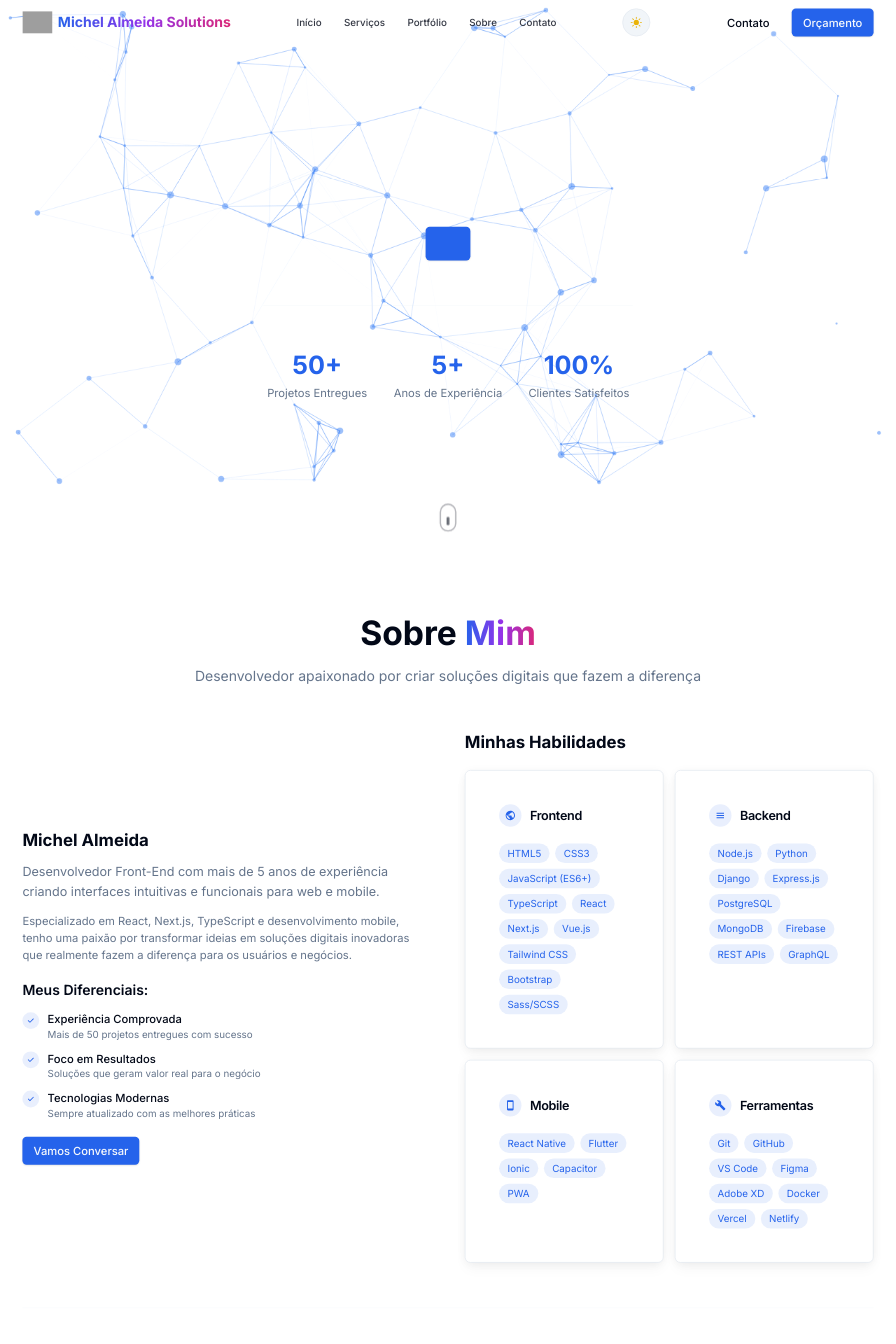
Repository: MichelAlmeida1990/Nexify-Solutions
Page: / (app in OneDrive/Área de Trabalho/Almeida - Solutions/)
The author's editor kept a copy of each file at every save. The page is drawn from the files as they stood at one save, then again after the next save.
The browser window is 1280 px wide. The pictures show the part of the page from y = 0 to 1920 px (the page is 7384 px tall), at 70% of full size.
Pictures or frames that could not be fetched are drawn as grey boxes. The project was rebuilt for these pictures with package versions that can differ from the ones it lists, and the page was loaded fresh each time. The framework's server and built-in components were replaced by stand-ins that run in the browser. Also part of the build but not shown: OneDrive/Área de Trabalho/Almeida - Solutions/next.config.js, OneDrive/Área de Trabalho/Almeida - Solutions/src/components/ui/loading-spinner.tsx.

Above is the page before, as saved 2025-06-30 13:58:47.

After the next save:
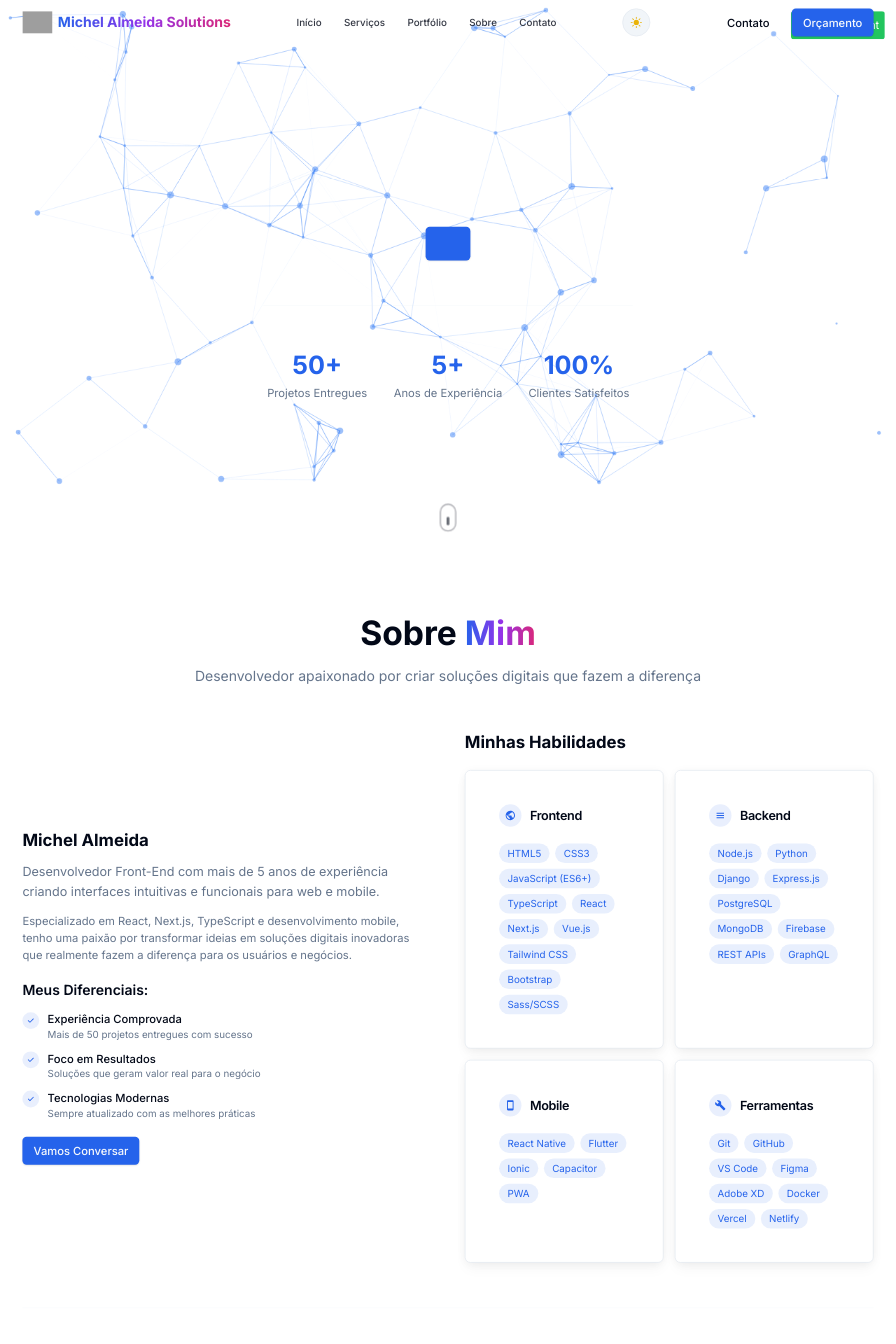
Saved 12 s later.
--- a/OneDrive/Área de Trabalho/Almeida - Solutions/src/app/layout.tsx
+++ b/OneDrive/Área de Trabalho/Almeida - Solutions/src/app/layout.tsx
@@ -4,6 +4,7 @@
 import Header from '@/components/layout/header'
 import Footer from '@/components/layout/footer'
 import { ThemeProviderWrapper } from '@/components/providers/theme-provider'
+import { TestTheme } from '@/components/test-theme'
 
 const inter = Inter({ subsets: ['latin'] })
 
@@ -92,6 +93,7 @@
       </head>
       <body className={`${inter.className} antialiased`}>
         <ThemeProviderWrapper>
+          <TestTheme />
           <Header transparent />
           <main className="pt-16">
             {children}

After the 2 saves that followed:
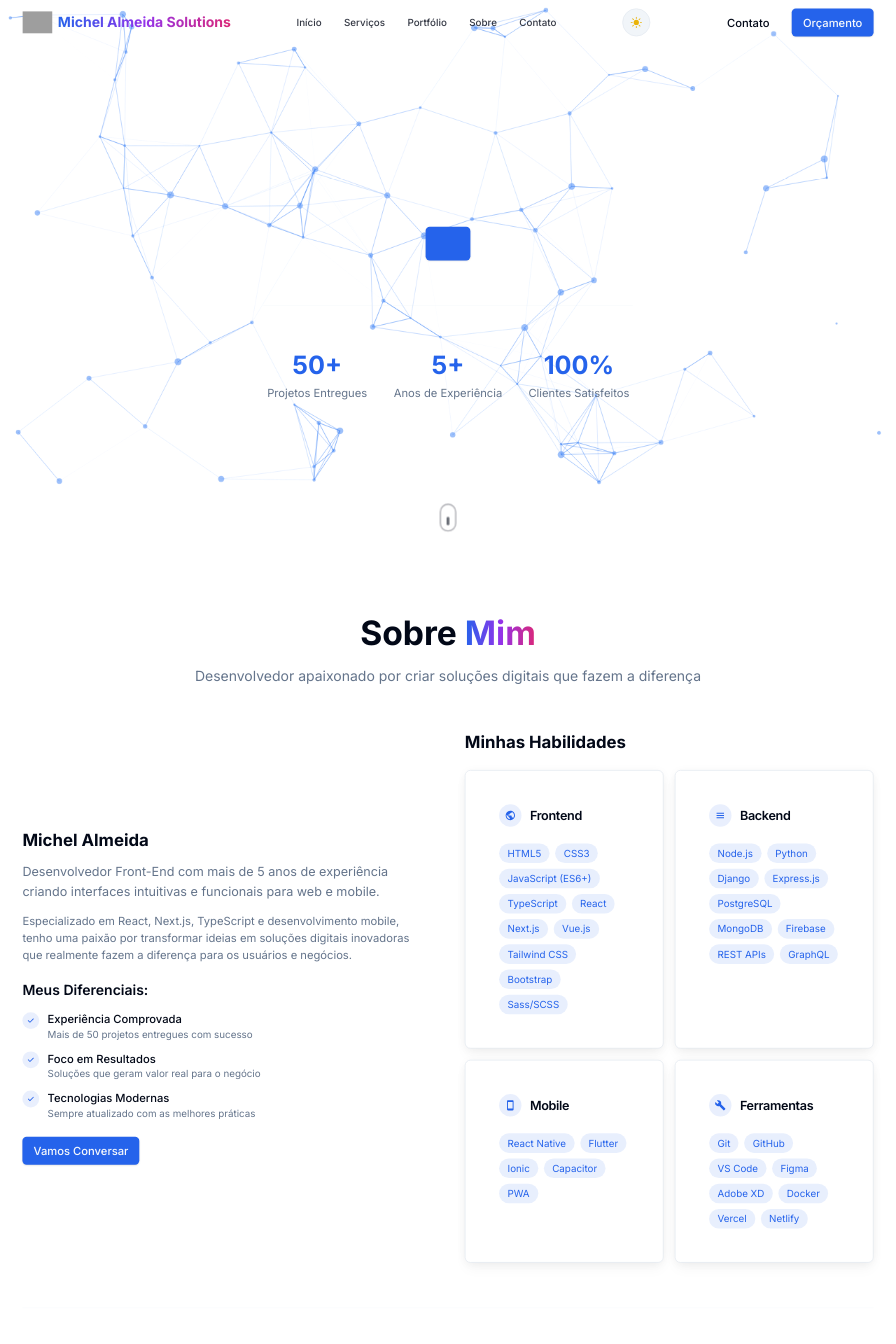
The 2 saves are shown as one change because 1 left the picture as it was.
The last was saved 68 s later.
--- a/OneDrive/Área de Trabalho/Almeida - Solutions/src/app/layout.tsx
+++ b/OneDrive/Área de Trabalho/Almeida - Solutions/src/app/layout.tsx
@@ -4,7 +4,6 @@
 import Header from '@/components/layout/header'
 import Footer from '@/components/layout/footer'
 import { ThemeProviderWrapper } from '@/components/providers/theme-provider'
-import { TestTheme } from '@/components/test-theme'
 
 const inter = Inter({ subsets: ['latin'] })
 
@@ -93,7 +92,6 @@
       </head>
       <body className={`${inter.className} antialiased`}>
         <ThemeProviderWrapper>
-          <TestTheme />
           <Header transparent />
           <main className="pt-16">
             {children}
--- a/OneDrive/Área de Trabalho/Almeida - Solutions/src/components/layout/header.tsx
+++ b/OneDrive/Área de Trabalho/Almeida - Solutions/src/components/layout/header.tsx
@@ -7,7 +7,59 @@ import { NAVIGATION, SITE_CONFIG } from '@/lib/constants'
 import { Button } from '@/components/ui/button'
 import { HeaderProps } from '@/types'
 import { smoothScrollTo } from '@/lib/utils'
-import { ThemeToggle } from '@/components/ui/theme-toggle'
+import { useTheme } from '@/contexts/theme-context'
+
+// Componente ThemeToggle interno
+const InternalThemeToggle: React.FC = () => {
+  const { theme, toggleTheme } = useTheme()
+
+  return (
+    <motion.button
+      onClick={toggleTheme}
+      whileHover={{ scale: 1.1 }}
+      whileTap={{ scale: 0.9 }}
+      className="relative w-10 h-10 rounded-full bg-muted border border-border flex items-center justify-center hover:bg-accent transition-colors"
+      aria-label={`Switch to ${theme === 'light' ? 'dark' : 'light'} mode`}
+    >
+      <motion.div
+        initial={false}
+        animate={{
+          scale: [1, 0.8, 1],
+          rotate: theme === 'light' ? 0 : 180,
+        }}
+        transition={{
+          duration: 0.3,
+          ease: "easeInOut"
+        }}
+        className="relative w-5 h-5"
+      >
+        {/* Sun Icon */}
+        <motion.svg
+          className="absolute inset-0 w-5 h-5 text-yellow-500"
+          fill="currentColor"
+          viewBox="0 0 24 24"
+          initial={{ opacity: 0 }}
+          animate={{ opacity: theme === 'light' ? 1 : 0 }}
+          transition={{ duration: 0.2 }}
+        >
+          <path d="M12 2.25a.75.75 0 01.75.75v2.25a.75.75 0 01-1.5 0V3a.75.75 0 01.75-.75zM7.5 12a4.5 4.5 0 119 0 4.5 4.5 0 01-9 0zM18.894 6.166a.75.75 0 00-1.06-1.06l-1.591 1.59a.75.75 0 101.06 1.061l1.591-1.59zM21.75 12a.75.75 0 01-.75.75h-2.25a.75.75 0 010-1.5H21a.75.75 0 01.75.75zM17.834 18.894a.75.75 0 001.06-1.06l-1.59-1.591a.75.75 0 10-1.061 1.06l1.59 1.591zM12 18a.75.75 0 01.75.75V21a.75.75 0 01-1.5 0v-2.25A.75.75 0 0112 18zM7.758 17.303a.75.75 0 00-1.061-1.06l-1.591 1.59a.75.75 0 001.06 1.061l1.591-1.59zM6 12a.75.75 0 01-.75.75H3a.75.75 0 010-1.5h2.25A.75.75 0 016 12zM6.697 7.757a.75.75 0 001.06-1.06l-1.59-1.591a.75.75 0 00-1.061 1.06l1.59 1.591z" />
+        </motion.svg>
+
+        {/* Moon Icon */}
+        <motion.svg
+          className="absolute inset-0 w-5 h-5 text-blue-400"
+          fill="currentColor"
+          viewBox="0 0 24 24"
+          initial={{ opacity: 0 }}
+          animate={{ opacity: theme === 'dark' ? 1 : 0 }}
+          transition={{ duration: 0.2 }}
+        >
+          <path d="M9.528 1.718a.75.75 0 01.162.819A8.97 8.97 0 009 6a9 9 0 009 9 8.97 8.97 0 003.463-.69.75.75 0 01.981.98 10.503 10.503 0 01-9.694 6.46c-5.799 0-10.5-4.701-10.5-10.5 0-4.368 2.667-8.112 6.46-9.694a.75.75 0 01.818.162z" />
+        </motion.svg>
+      </motion.div>
+    </motion.button>
+  )
+}
 
 const Header: React.FC<HeaderProps> = ({ className, transparent = false }) => {
   const [isScrolled, setIsScrolled] = useState(false)
@@ -79,7 +131,7 @@ const Header: React.FC<HeaderProps> = ({ className, transparent = false }) => {
 
           {/* Theme Toggle */}
           <div className="hidden md:flex items-center">
-            <ThemeToggle />
+            <InternalThemeToggle />
           </div>
 
           {/* CTA Button */}
